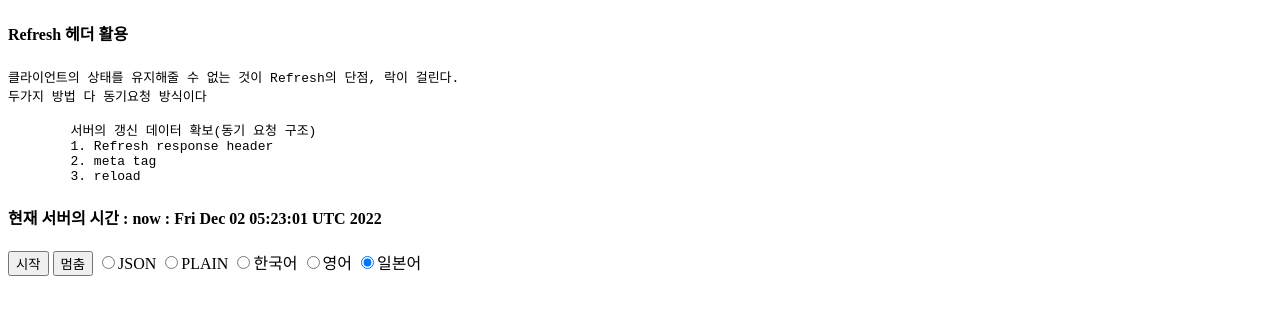
Repository: YOUNARAE/JSP
Page: http://localhost/WebStudy01/05/autoRequest.jsp
These files come from the project's save history. The page is drawn as it stood at one moment and after the next save; the edit follows.
The browser window is 1280 px wide. The pictures show the whole page.
The page is served by Tomcat 9. Other server files are loaded and not shown.

Above is the page before, as saved 2022-12-13 08:28:34.

### WebStudy01/src/main/webapp/05/autoRequest.jsp
<%@page import="java.util.Date"%>
<%@ page language="java" contentType="text/html; charset=UTF-8"
    pageEncoding="UTF-8"%>
<!DOCTYPE html>
<html>
<head>
<meta charset="UTF-8">
<!-- <meta http-equiv="Refresh" content="5;url=https://www.naver.com"> --> <!-- 클라이언트방식 -->
<title>05/autoRequest.jsp</title>
<script type="text/javascript" src="${pageContext.request.contextPath}/resources/jquery-3.6.1.min.js"></script>
</head>
<body>
<h4>Refresh 헤더 활용</h4>
<%--
	response.setIntHeader("Refresh", 1);
--%>
<pre>클라이언트의 상태를 유지해줄 수 없는 것이 Refresh의 단점, 락이 걸린다.
두가지 방법 다 동기요청 방식이다

	서버의 갱신 데이터 확보(동기 요청 구조)
	1. Refresh response header
	2. meta tag
	3. reload
</pre>
<h4>현재 서버의 시간 : <span id="timeArea"> </span></h4>
<button class="controlBtn" data-control-type="START">시작</button>
<button class="controlBtn" data-control-type="STOP">멈춤</button>
<input type="radio" name="dataType" data-data-type="json"/>JSON
<input type="radio" name="dataType" data-data-type="text"/>PLAIN
<input type="radio" name="locale" value="ko" checked/>한국어
<input type="radio" name="locale" value="en" checked/>영어
<input type="radio" name="locale" value="jp" checked/>일본어
<script>
// 	setTimeout(() => {
// 		location.reload();
// 	}, 1000);
	let timeArea = $("#timeArea");
	let sendRequest = function(){
		$.ajax({
			url : "${pageContext.request.contextPath}/05/getServerTime",
			dataType : "json",
			success : function(resp) {
				timeArea.html(resp.now);
			},
			error : function(jqXHR, status, error) {
				console.log(jqXHR);
				console.log(status);
				console.log(error);
			}
		});
	}

	setInterval(sendRequest, 1000);
</script>
</body>
</html>

### WebStudy01/src/main/java/kr/or/ddit/servlet05/GetServerTimeControllerServlet.java
package kr.or.ddit.servlet05;

import java.io.IOException;
import java.util.Date;
import java.util.Locale;

import javax.servlet.ServletException;
import javax.servlet.annotation.WebServlet;
import javax.servlet.http.HttpServlet;
import javax.servlet.http.HttpServletRequest;
import javax.servlet.http.HttpServletResponse;

@WebServlet("/05/getServerTime")
public class GetServerTimeControllerServlet extends HttpServlet{
	@Override
	protected void doGet(HttpServletRequest req, HttpServletResponse resp) throws ServletException, IOException {
		//2모델확보
		Date now = new Date();
		String nowStr = String.format(Locale.CANADA, "now : %tc",now);
		req.setAttribute("now", nowStr);//toString()
		resp.setHeader("Refresh", "1");
		String viewName = "/jsonView.do";
		req.getRequestDispatcher(viewName).forward(req,resp);
	}
}

Loaded but not shown: WebStudy01/src/main/webapp/resources/jquery-3.6.1.min.js (library)

After the next save:
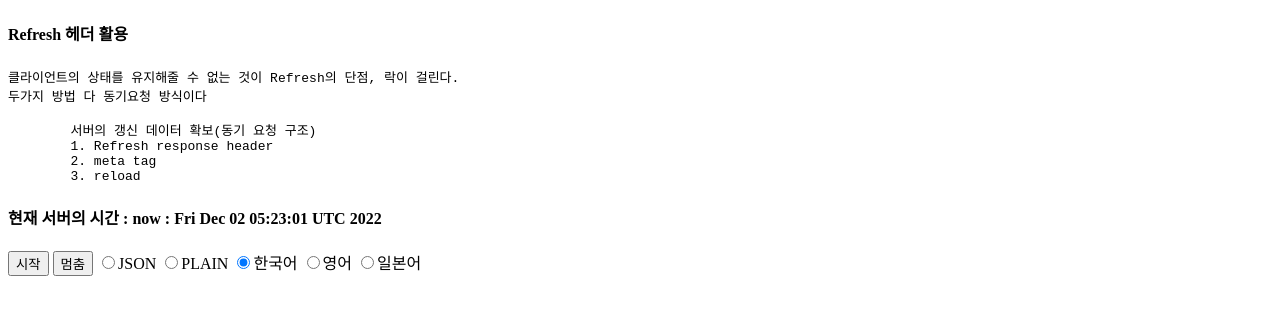
Saved 22 s later.
--- a/WebStudy01/src/main/webapp/05/autoRequest.jsp
+++ b/WebStudy01/src/main/webapp/05/autoRequest.jsp
@@ -27,9 +27,9 @@
 <button class="controlBtn" data-control-type="STOP">멈춤</button>
 <input type="radio" name="dataType" data-data-type="json"/>JSON
 <input type="radio" name="dataType" data-data-type="text"/>PLAIN
-<input type="radio" name="locale" value="ko" checked/>한국어
-<input type="radio" name="locale" value="en" checked/>영어
-<input type="radio" name="locale" value="jp" checked/>일본어
+<input type="radio" name="locale" value="ko" checked />한국어
+<input type="radio" name="locale" value="en" />영어
+<input type="radio" name="locale" value="jp" />일본어
 <script>
 // 	setTimeout(() => {
 // 		location.reload();
